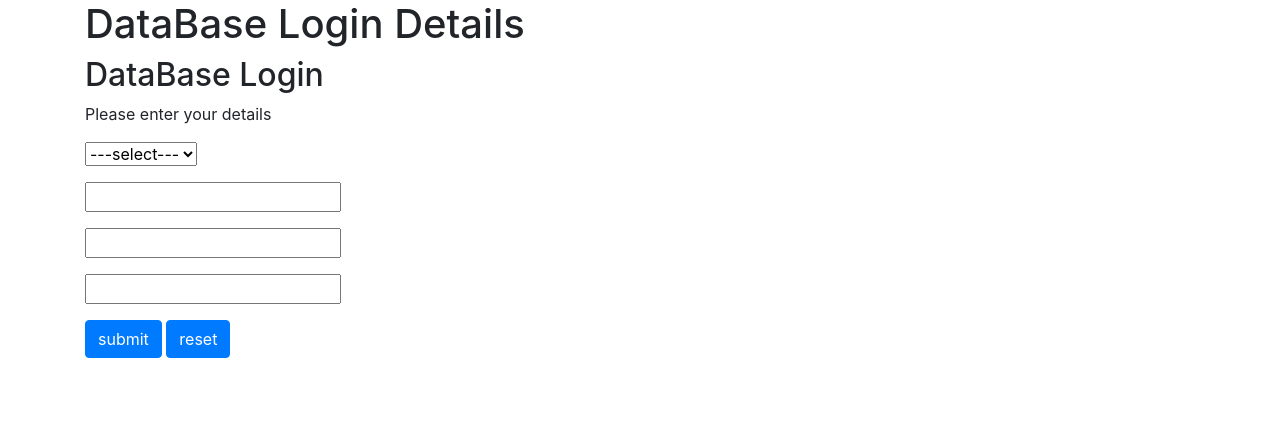
Repository: manish1905/MetaData_Details
Page: http://localhost/MetaData_Details/dbDetails
An editor plug-in stored every save of this project. The page is shown before and after the next save, followed by the edit.
The browser window is 1280 px wide. The pictures show the whole page.
Some web libraries are served in a nearby version. The page is served by Tomcat 9.

Above is the page before, as saved 2019-01-04 06:17:33.
Console error: TypeError: Cannot read properties of undefined (reading 'fn')

After the next save:
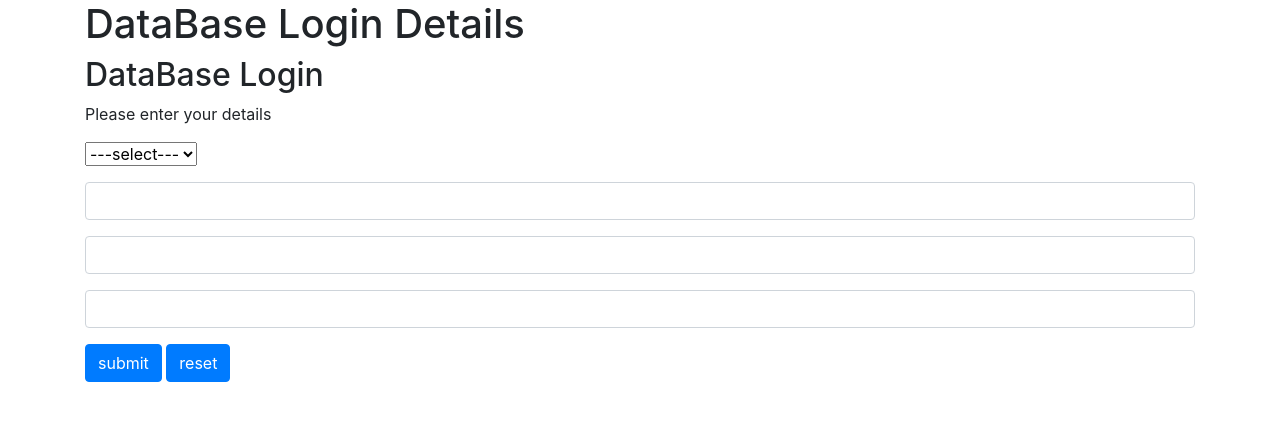
Saved 20 s later.
--- a/MetaData_Details/web/WEB-INF/jsps/dbDetail.jsp
+++ b/MetaData_Details/web/WEB-INF/jsps/dbDetail.jsp
@@ -56,13 +56,13 @@
 	</form:select>
 	</div>
 	<div class="form-group">
-	<form:input name="url" path="url" id="url"/>
+	<form:input class="form-control" name="url" path="url" id="url"/>
 	</div>
 	<div class="form-group">
-	<form:input name="user" path="user"/>
+	<form:input class="form-control" name="user" path="user"/>
 	</div>
 	<div class="form-group">
-	<form:password name="password" path="password"/>
+	<form:password class="form-control" name="password" path="password"/>
 	</div>
 
 	<input type="submit" class="btn btn-primary" value="submit"/>
